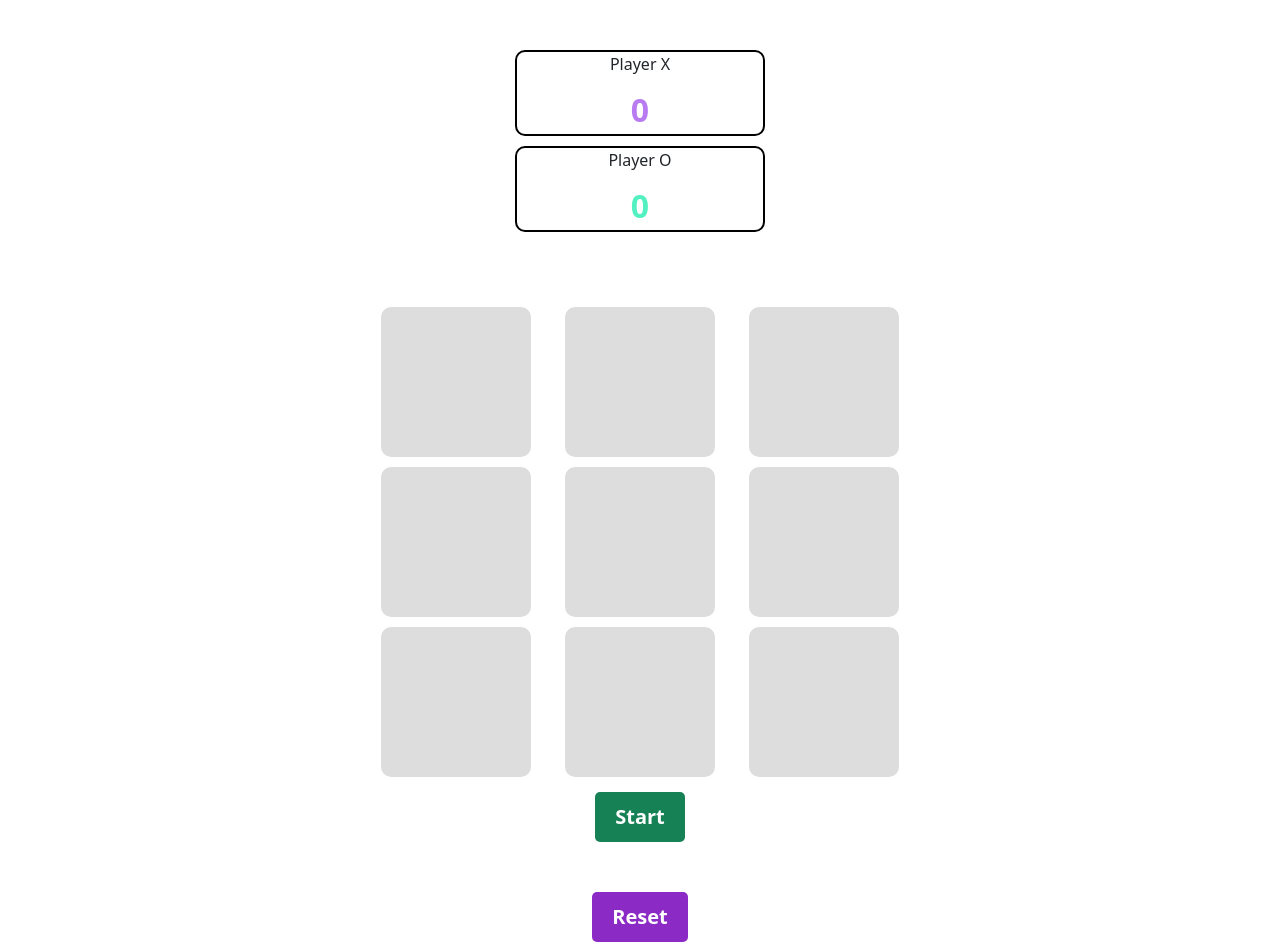
Repository: woodsdeshe/Tic-Tac-Toe
Page: index.html
These files come from the project's save history. The page is drawn as it stood at one moment and after the next save; the edit follows.
The browser window is 1280 px wide. The pictures show the whole page.

Above is the page before, as saved 2023-03-31 21:33:59.

### index.html
<!DOCTYPE html>
<html lang="en">
  <head>
    <meta charset="UTF-8" />
    <meta http-equiv="X-UA-Compatible" content="IE=edge" />
    <meta name="viewport" content="width=device-width, initial-scale=1.0" />
    <title>Tic Tac Toe | DeShe Woods</title>
    <link rel="stylesheet" href="styles.css" />
    <link
      href="https://cdn.jsdelivr.net/npm/bootstrap@5.3.0-alpha2/dist/css/bootstrap.min.css"
      rel="stylesheet"
      integrity="sha384-aFq/bzH65dt+w6FI2ooMVUpc+21e0SRygnTpmBvdBgSdnuTN7QbdgL+OapgHtvPp"
      crossorigin="anonymous"
    />
  </head>
  <body>
    <div class="container">
      <div class="row">
        <div class="col-12 scoreboard scoreboard-left">
          <div>Player X</div>
          <div class="score-x">0</div>
        </div>
        <div class="col-12 scoreboard scoreboard-right">
          <div>Player O</div>
          <div class="score-o">0</div>
        </div>
      </div>
      <div class="message"></div>
      <div class="container game-board">
        <div class="row">
          <div class="col-4">
            <div class="tile square-1"></div>
          </div>
          <div class="col-4">
            <div class="tile square-2"></div>
          </div>
          <div class="col-4">
            <div class="tile square-3"></div>
          </div>
        </div>
        <div class="row">
          <div class="col-4">
            <div class="tile square-4"></div>
          </div>
          <div class="col-4">
            <div class="tile square-5"></div>
          </div>
          <div class="col-4">
            <div class="tile square-6"></div>
          </div>
        </div>
        <div class="row">
          <div class="col-4">
            <div class="tile square-7"></div>
          </div>
          <div class="col-4">
            <div class="tile square-8"></div>
          </div>
          <div class="col-4">
            <div class="tile square-9"></div>
          </div>
        </div>
      </div>
        <div class="start">
            <button class="startBtn">Start</button>
        </div>
        <div class="reset">
            <button class="reset-btn">Reset</button>
        </div>
    </div>
    <script
      src="https://cdn.jsdelivr.net/npm/bootstrap@5.3.0-alpha2/dist/js/bootstrap.bundle.min.js"
      integrity="sha384-qKXV1j0HvMUeCBQ+QVp7JcfGl760yU08IQ+GpUo5hlbpg51QRiuqHAJz8+BrxE/N"
      crossorigin="anonymous"
    ></script>
    <script src="script.js"></script>
  </body>
</html>

### styles.css
.container {
  display: flex;
  flex-direction: column;
  align-items: center;
  margin-top: 50px;
}

.scoreboard {
  display: flex;
  flex-direction: column;
  align-items: center;
  border: 2px solid black;
  border-radius: 10px;
  width: 200px;
}

.scoreboard-left {
  margin-right: 70px;
  margin-bottom: 10px;
}

.scoreboard-right {
  margin: 0;
}

.score-x {
  font-size: 48px;
  color: rgb(184, 123, 241);
}

.score-o {
  font-size: 48px;
  color: rgb(83, 240, 193);
}

.score-x,
.score-o {
  font-size: 2em;
  font-weight: bold;
  margin-top: 10px;
}

.message {
  font-size: 2em;
  margin-bottom: 20px;
}

.game-board {
  display: flex;
  justify-content: center;
}

.tile {
  width: 150px;
  height: 150px;
  background-color: #ddd;
  margin: 5px;
  border-radius: 10px;
  display: flex;
  justify-content: center;
  align-items: center;
  font-size: 50px;
  font-weight: bold;
  cursor: pointer;
}

.startBtn {
    font-size: 20px;
    font-weight: bold;
    padding: 10px 20px;
    background-color: #158154;
    color: white;
    border-radius: 5px;
    border: none;
    cursor: pointer;
}

.reset {
  text-align: center;
  margin-top: 50px;
}

.reset-btn {
  font-size: 20px;
  font-weight: bold;
  padding: 10px 20px;
  background-color: #8b2ac4;
  color: white;
  border-radius: 5px;
  border: none;
  cursor: pointer;
}

.start {
    text-align: center;
    margin-top: 10px;
}

.x-symbol {
    color: rgb(184, 123, 241);
}

.o-symbol {
    color: rgb(83, 240, 193);
}

@media (max-width: 767px) {
  .scoreboard {
    margin-bottom: 20px;
  }
}

### script.js
// Variables that access the squares, reset button, scoreboards , and messaging for the game that will stay constant
const gameBoard = document.querySelector(".game-board");
const resetBtn = document.querySelector(".reset-btn");
const scoreboardX = document.querySelector(".score-x");
const scoreboardO = document.querySelector(".score-o");
const message = document.querySelector(".message");
const tile = document.querySelectorAll(".tile");

// Variables that access the current player, game over, X and O scores that will change based on conditions of the game
let currentPlayer = "X";
let gameOver = false;
let xScore = 0;
let oScore = 0;

// This event listener will check to see if the tiles are empty and will fill them with the symbol of the current player

gameBoard.addEventListener("click", (event) => {
  event.preventDefault();

  //This if statement checks to see if the game is over before allowing the players to continue playing. If gameOver is true, then the board becomes unclickable
  if (gameOver) {
    return;
  }

  // This variable will hold the square that gets clicked using the .target property
  const square = event.target;

  // Checks to see if the square contains a class of tile and the square is empty. If it's empty then the square will contain a symbol and alternate the symbol according to the current player
  if (square.classList.contains("tile") && square.textContent === "") {
    // This if statement adds or removes the appropriate symbol class based on the current player so that the colors of the symbols will be different
    if (currentPlayer === "X") {
      square.classList.add("x-symbol");
      square.classList.remove("o-symbol");
    } else {
      square.classList.add("o-symbol");
      square.classList.remove("x-symbol");
    }

    square.textContent = currentPlayer;

    //Updates the message variable to show who's turn it is on the screen
    message.textContent = `It's ${currentPlayer} turn`;

    currentPlayer = currentPlayer === "X" ? "O" : "X";
  }

  //Calls the checkForWinner function after each turn to see if a player has won
  checkForWinner();
});

// Check to see if the tiles contain a winning play of a specific player
function currentPlay(plays, player) {
  // The .every method checks through every tile within the player array that checks to see if they contain the current players symbol with a boolean "true" or "false"
  return plays.every((tile) => {
    tileElement = document.querySelector(`.square-${tile}`);
    return tileElement.textContent === player;
  });
}

// This function will check to see which player has the winning set after each move
function checkForWinner() {
  // Nested arrays that show all the winning plays that are needed to win
  const winningPlays = [
    [1, 2, 3],
    [4, 5, 6],
    [7, 8, 9],
    [1, 4, 7],
    [2, 5, 8],
    [3, 6, 9],
    [1, 5, 9],
    [3, 5, 7],
  ];

  // Loops through each array within "winingPlays" and stores the values in the variable "plays"
  for (let i = 0; i < winningPlays.length; i++) {
    const plays = winningPlays[i];

    // Create if/else conditions that will check to see if the current player has a winning play thats in 'winningPlays', if no one wins, it calls the "itsATie" function to alert the players that the game is over and prevents the players from continuing to play using th endGame function"
    if (currentPlay(plays, "X")) {
      xScore++;
      scoreboardX.textContent = xScore;
      message.textContent = "Player X Wins!";
      gameOver = true;
      endGame();
    } else if (currentPlay(plays, "O")) {
      oScore++;
      scoreboardO.textContent = oScore;
      message.textContent = "Player O Wins!";
      gameOver = true;
      endGame();
    } else if (itsATie()) {
      message.textContent = "Game over! It's a tie!!!";
      gameOver = true;
      endGame();
    }
  }

  // This function iterates through all the tiles on the board and checks to see if the board is full. If there isn't any empty tiles left, it returns true.
  function itsATie() {
    for (let i = 0; i < tile.length; i++) {
      if (tile[i].textContent === "") {
        return false;
      }
    }
    return true;
  }

  // This function iterates through all the tiles in the game and removes the gameBoard listener so that the board is no longer clickable when the game is over
  function endGame() {
    for (let i = 0; i < tile.length; i++) {
      tile[i].removeEventListener("click", handleClick);
    }
  }
}

//This function resets the game
function resetGame() {
  currentPlayer = "X";
  gameOver = false;
  message.textContent = `It's ${currentPlayer} turn`;
  scoreboardX.textContent = "0";
  scoreboardO.textContent = "0";
  xScore = 0;
  oScore = 0;

  // Clears the board by setting the text content of all tiles to an empty string
  tile.forEach((tile) => {
    tile.textContent = "";
  });

  // Add back the event listener to each tile so that they are clickable again
  tile.forEach((tile) => {
    tile.addEventListener("click", handleTileClick);
  });
}

resetBtn.addEventListener("click", () => {
  resetGame();
});

After the next save:
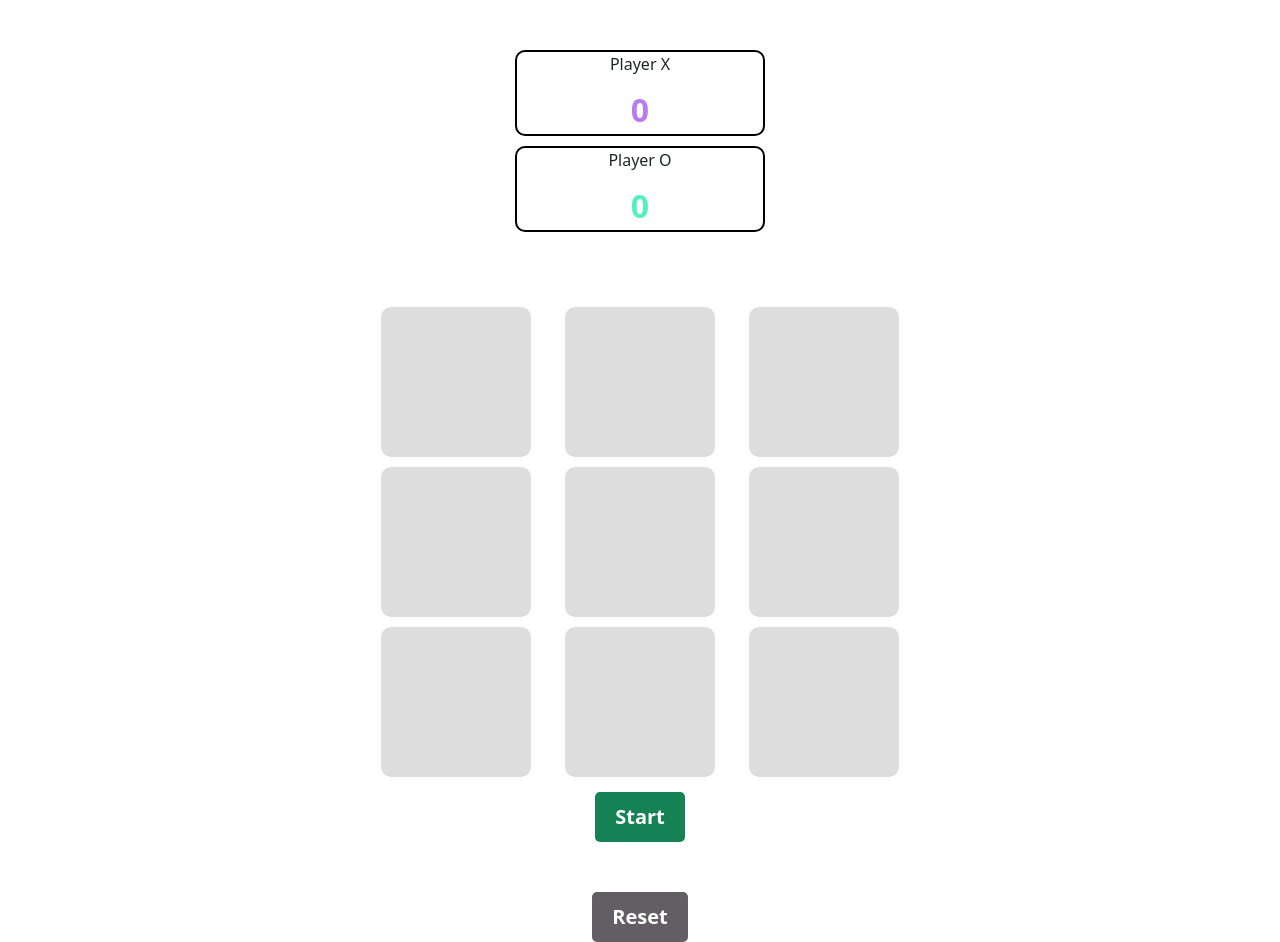
Saved 16 s later.
--- a/styles.css
+++ b/styles.css
@@ -84,7 +84,7 @@
   font-size: 20px;
   font-weight: bold;
   padding: 10px 20px;
-  background-color: #8b2ac4;
+  background-color: #625e64;
   color: white;
   border-radius: 5px;
   border: none;
